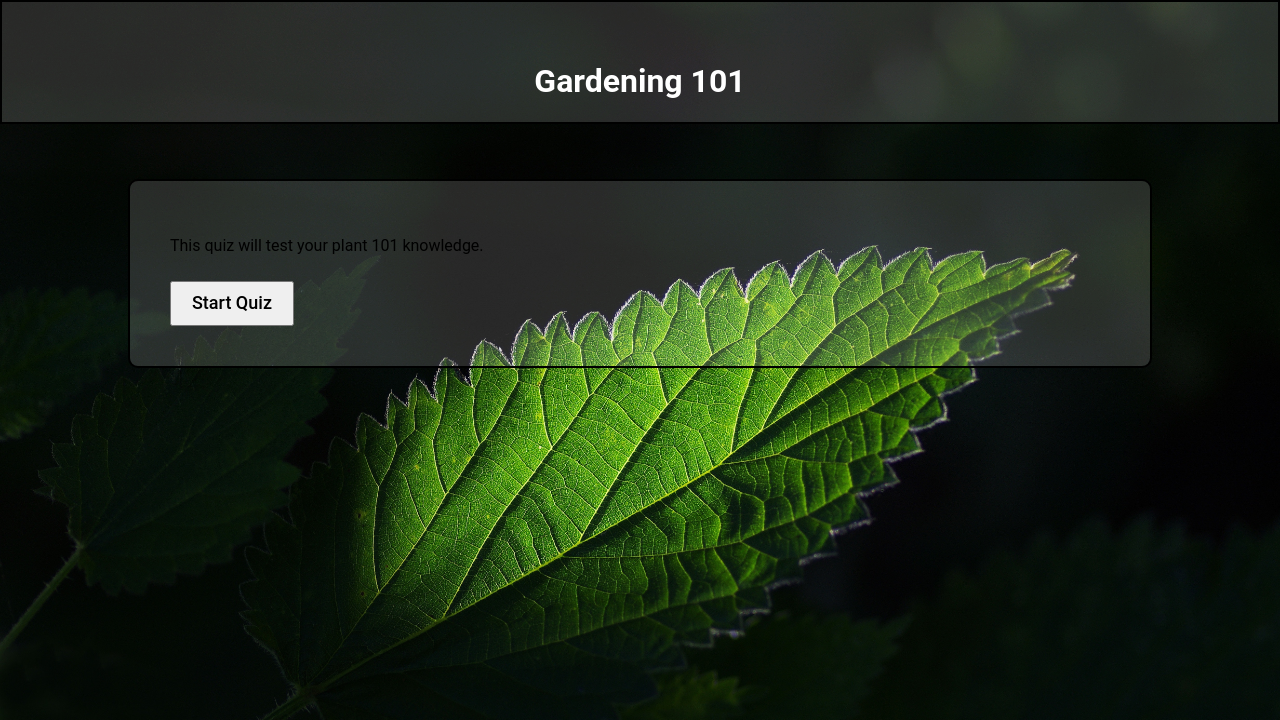
Repository: kaitlynMidori/gardening101
Page: index.html
These files come from the project's save history. The page is drawn as it stood at one moment and after the next save; the edit follows.
The browser window is 1280 px wide. The pictures show the whole page.

Above is the page before, as saved 2021-06-10 13:42:23.

### index.html
<!DOCTYPE html>
<html lang="en">

<head>
    <meta charset="UTF-8">
    <meta name="viewport" content="width=device-width, initial-scale=1.0">
    <meta http-equiv="X-UA-Compatible" content="ie=edge">
    <title>Quiz App</title>
    <link href="https://cdnjs.cloudflare.com/ajax/libs/normalize/8.0.1/normalize.min.css" rel="stylesheet" type="text/css" />
    <link href="app.css" rel="stylesheet" type="text/css" />

</head>

<body>
    <header>
        <h1>Gardening 101</h1>
    </header>
    <main></main>
    <script src="https://code.jquery.com/jquery-3.4.1.slim.js" crossorigin="anonymous"></script>
    <script src="app.js"></script>
</body>

</html>

### app.css
/* Your styles should be mobile-first and responsive */


/**
  * If you are unclear on how to utilize a mobile-first, responsive technique to write your CSS, here is an example:
  *
  * https://github.com/andreacardybailey/responsive_example/blob/master/styles/responsive-base.css
  *
*/

* {
    box-sizing: border-box;
}


body {

    font-family: "Roboto", sans-serif;
    color: black;
    margin: 0;
    background: cover;
    background-image: url("screenshots/leaf.jpg");
    background-repeat: repeat;
    background-size: cover;
    background-color: black;
}

header {
    border: 2px solid black;
    background: rgba(255, 255, 255, 0.15);
    padding: 40px 0 0 0;
    color: white;
}

h1 {
    text-align: center;
}

.question-and-score {
    border: 2px solid black;
    background: rgba(255, 255, 255, 0.15);
    font-size: 30px;
    font-weight: 600px;
    color: white;
    text-align: center;
    list-style: none;
}

button{
    margin-top: 10px;
    height: auto;
    font-size: 18px;
    font-weight: 500;
    text-align: center;
    color: black;
    cursor: pointer;
    margin-bottom: 0;
    /* border-radius: 3px; */
    padding: 10px 20px;
}

.start-screen,
fieldset {
    border: 2px solid black;
    width: 80%;
    padding: 40px;
    margin: 55px auto 0 auto;
    background: rgba(255, 255, 255, 0.15);
    border-radius: 10px;
}

legend {
    font-weight: 700;
    font-size: 18px;
}

.question-form .question {
    margin-bottom: 20px;
    padding: 0 2%;
    font-size: 20px;
    font-weight: 600px;
}

.options ul {
    list-style: none;
    margin: 0;
    text-align: left;
}

label {
    font-size: 18px;
}

.options span {
    display: block;
    border-radius: 5px;
}

.right-answer {
    background: ivory;
    padding: 10px 20px;
    margin: 5px 20px;
    border: 2px solid greenyellow;
}

.wrong-answer {
    background: ivory;
    padding: 10px;
    margin: 5px 20px;
    border: 2px solid #fe0000;
}

.question-form button {
    border: 2px solid black;
    float: right;
}

button:hover:enabled,
button:focus:enabled {
    background-color: rgb(165, 241, 165);
    -webkit-transition: background 0.1s;
    -moz-transition: background 0.1s;
    -o-transition: background 0.1s;
    transition: background 0.1s;
}

button:disabled {
    opacity: 0.5;
}

#next-question-btn {
    display: none;
}

### app.js
/**
 * Example store structure
 */
// const store = {
// 5 or more questions are required
//     questions: [{
//             question: 'What color is broccoli?',
//             answers: [
//                 'red',
//                 'orange',
//                 'pink',
//                 'green'
//             ],
//             correctAnswer: 'green'
//         },
//         {
//             question: 'What is the current year?',
//             answers: [
//                 '1970',
//                 '2015',
//                 '2019',
//                 '2005'
//             ],
//             correctAnswer: '2019'
//         }
//     ],
//     quizStarted: false,
//     questionNumber: 0,
//     score: 0
// };

const STORE = {
    questions: [ //1
        {
            question: 'Which of the following is a health benefit from gardening?',
            answers: [
                'Reduces Stress & improves mood',
                'Reduces risk of dementia',
                'Improves heart health and reduces risk of stroke',
                'All of the above'
            ],
            correctAnswer: 'All of the above'
        },
        //2
        {
            question: 'Which of the following are indoor plants?',
            answers: [
                'Fiddle Leaf Fig',
                'Dragon Tree',
                'Rubber Plant',
                'All of the above'
            ],
            correctAnswer: 'All of the above'
        },
        //3
        {
            question: 'What are the most common ways to kill a plant?',
            answers: [
                'Overwatering',
                'Underwatering',
                'Incorrect sun exposure',
                'All of the above'
            ],
            correctAnswer: 'All of the above'
        },
        //4
        {
            question: 'What are some ways to keep your plants happy?',
            answers: ['Provide correct watering needs', 'Keep free of dust', 'Fertilize it', 'All of the above'],
            correctAnswer: 'All of the above'
        },
        //5
        {
            question: 'What are signs of an unhappy plant?',
            answers: [
                'Wilted leaves',
                'Yellowing/browning leaves',
                ' Bugs or fungal growth',
                'All of the above'
            ],
            correctAnswer: 'All of the above'
        }
    ],
    quizStarted: false,
    currentQuestion: 0,
    score: 0
};
/**
 *
 * Technical requirements:
 *
 * Your app should include a render() function, that regenerates the view each time the store is updated.
 * See your course material and access support for more details.
 *
 * NO additional HTML elements should be added to the index.html file.
 *
 * You may add attributes (classes, ids, etc) to the existing HTML elements, or link stylesheets or additional scripts if necessary
 *
 * SEE BELOW FOR THE CATEGORIES OF THE TYPES OF FUNCTIONS YOU WILL BE CREATING 👇
 *
 */

/********** TEMPLATE GENERATION FUNCTIONS **********/

// These functions return HTML templates

/********** RENDER FUNCTION(S) **********/

// This function conditionally replaces the contents of the <main> tag based on the state of the store

/********** EVENT HANDLER FUNCTIONS **********/

// These functions handle events (submit, click, etc)

/**
 * Generates HTML for the start screen
 */
function generateStartScreenHtml() {
    return `
    <div class="start-screen">
      <p>This quiz will test your plant 101 knowledge.</p>
      <button type="button" id="start">Start Quiz</button>
    </div>
  `;
}

/**
 * Generates the HTML for the section of the app
 * that displays the question number and the score
 */
function generateQuestionNumberAndScoreHtml() {
    return `
    <ul class="question-and-score">
      <li id="question-number">
        Question Number: ${STORE.currentQuestion + 1}/${STORE.questions.length}
      </li>
      <li id="score">
        Score: ${STORE.score}/${STORE.questions.length}
      </li>
    </ul>
  `;
}
/**
 * Generates the list of possible answers for
 * one question
 */
function generateAnswersHtml() {
    const answersArray = STORE.questions[STORE.currentQuestion].answers
    let answersHtml = '';
    let i = 0;

    answersArray.forEach(answer => {
        answersHtml += `
      <div id="option-container-${i}">
        <input type="radio" name="options" id="option${i + 1}" value= "${answer}" tabindex ="${i + 1}" required>
        <label for="option${i + 1}"> ${answer}</label>
      </div>
    `;
        i++;
    });
    return answersHtml;
}
/**
 * Generates the HTML to display one question
 */
function generateQuestionHtml() {
    let currentQuestion = STORE.questions[STORE.currentQuestion];
    return `
    <form id="question-form" class="question-form">
      <fieldset>
        <div class="question">
          <legend> ${currentQuestion.question}</legend>
        </div>
        <div class="options">
          <div class="answers">
            ${generateAnswersHtml()}
          </div>
        </div>
        <button type="submit" id="submit-answer-btn" tabindex="5">Submit</button>
        <button type="button" id="next-question-btn" tabindex="6"> Next &gt;></button>
      </fieldset>
    </form >
  `;
}

/**
 * Generates the HTML for the results screen
 */
function generateResultsScreen() {
    return `
    <div class="results">
      <form id="js-restart-quiz">
        <fieldset>
          <div class="row">
            <div class="col-12">
              <legend>Your Score is: ${STORE.score}/${STORE.questions.length}</legend>
            </div>
          </div>

          <div class="row">
            <div class="col-12">
              <button type="button" id="restart"> Restart Quiz </button>
            </div>
          </div>
        </fieldset>
    </form>
    </div>
  `;
}

/**
 * @param {string} answerStatus - 'correct' / 'incorrect'
 * @returns {string} - HTML providing the user with feedback
 * regarding whether their answer was correct or incorrect.
 */
function generateFeedbackHTML(answerStatus) {
    let correctAnswer = STORE.questions[STORE.currentQuestion].correctAnswer;
    let html = '';
    if (answerStatus === 'correct') {
        html = `
    <div class="right-answer">That is correct!</div>
    `;
    } else if (answerStatus === 'incorrect') {
        html = `
      <div class="wrong-answer">That is incorrect. The correct answer is ${correctAnswer}.</div>
    `;
    }
    return html;
}

/********** RENDER FUNCTION **********/

/**
 * All-purpose render function that will conditionally
 * render the page based upon the state of the STORE.
 */
function render() {
    let html = '';

    if (STORE.quizStarted === false) {
        $('main').html(generateStartScreenHtml());
        return;
    } else if (STORE.currentQuestion >= 0 && STORE.currentQuestion < STORE.questions.length) {
        html = generateQuestionNumberAndScoreHtml();
        html += generateQuestionHtml();
        $('main').html(html);
    } else {
        $('main').html(generateResultsScreen());
    }
}

/********** EVENT HANDLER FUNCTIONS **********/

/**
 * Handles a click of the quiz's start button
 */
function handleStartClick() {
    $('main').on('click', '#start', function(event) {
        STORE.quizStarted = true;
        render();
    });
}

/**
 * Handles the click of the "next" button
 */
function handleNextQuestionClick() {
    $('body').on('click', '#next-question-btn', (event) => {
        render();
    });
}

/**
 * Handles the submission of the question form
 */
function handleQuestionFormSubmission() {
    $('body').on('submit', '#question-form', function(event) {
        event.preventDefault();
        const currentQuestion = STORE.questions[STORE.currentQuestion];

        // get value from checkbox checked by user
        let selectedOption = $('input[name=options]:checked').val();
        /**
         * Creates an id '#option-container' + the index of
         * the current question in the answers array.
         *
         * Example: #option-container-0
         */
        let optionContainerId = `#option-container-${currentQuestion.answers.findIndex(i => i === selectedOption)}`;

        if (selectedOption === currentQuestion.correctAnswer) {
            STORE.score++;
            $(optionContainerId).append(generateFeedbackHTML('correct'));
        } else {
            $(optionContainerId).append(generateFeedbackHTML('incorrect'));
        }
        STORE.currentQuestion++;
        // hide the submit button
        $('#submit-answer-btn').hide();
        // disable all inputs
        $('input[type=radio]').each(() => {
            $('input[type=radio]').attr('disabled', true);
        });
        // show the next button
        $('#next-question-btn').show();

    });
}
/**
 * Resets all values to prepare to restart quiz
 */
function restartQuiz() {
    STORE.quizStarted = false;
    STORE.currentQuestion = 0;
    STORE.score = 0;
}

function handleRestartButtonClick() {
    $('body').on('click', '#restart', () => {
        restartQuiz();
        render();
    });
}

function handleQuizApp() {
    render();
    handleStartClick();
    handleNextQuestionClick();
    handleQuestionFormSubmission();
    handleRestartButtonClick();
}

$(handleQuizApp);

After the next save:
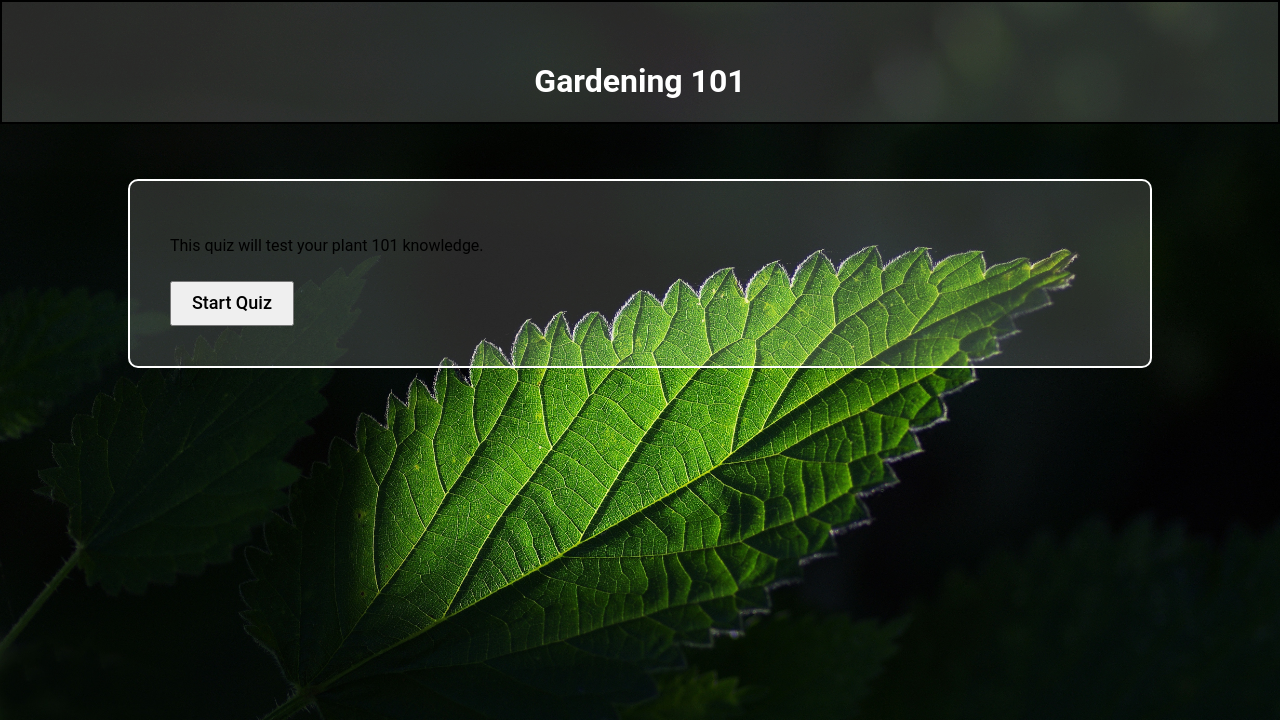
Saved 16 s later.
--- a/app.css
+++ b/app.css
@@ -61,7 +61,7 @@ button{
 
 .start-screen,
 fieldset {
-    border: 2px solid black;
+    border: 2px solid white;
     width: 80%;
     padding: 40px;
     margin: 55px auto 0 auto;
